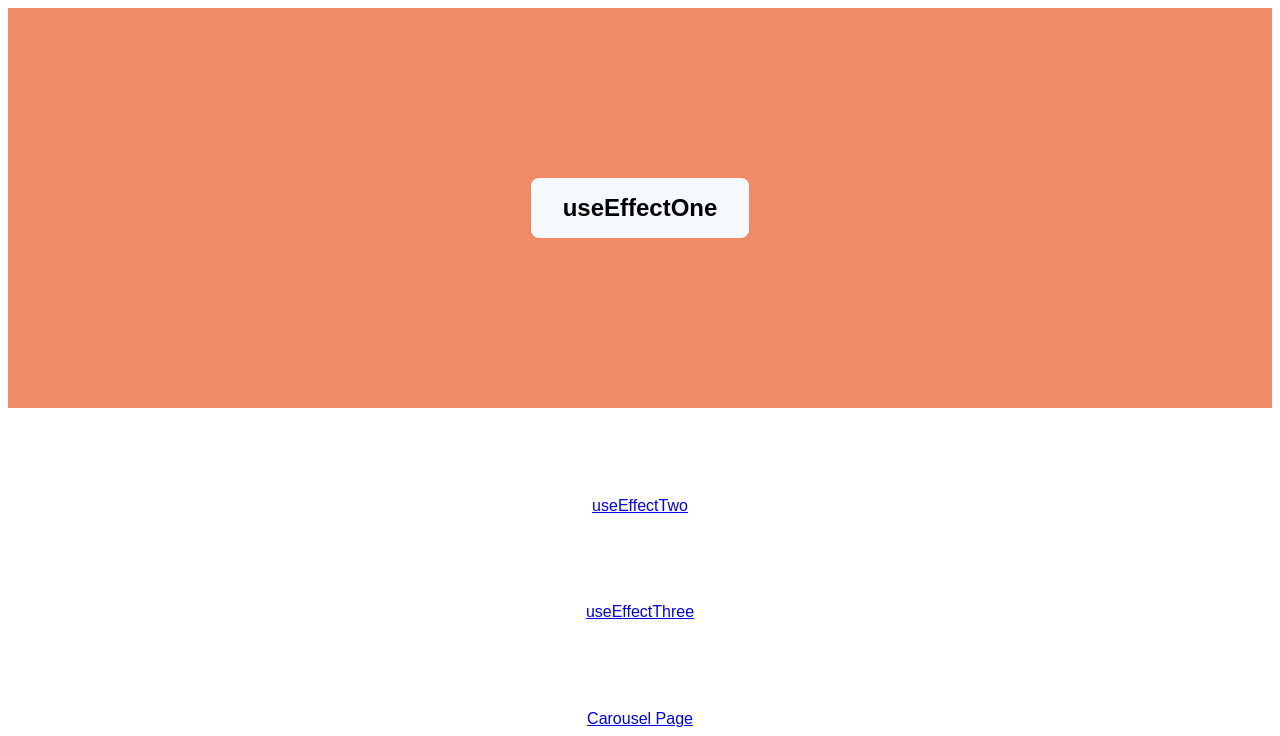
Repository: giovanabirck/class8
Page: /
These files come from the project's save history. The page is drawn as it stood at one moment and after a run of saves; the edit follows.
The browser window is 1280 px wide. The pictures show the whole page.
The project was rebuilt for these pictures with package versions that can differ from the ones it lists, and the page was loaded fresh each time. The framework's server and built-in components were replaced by stand-ins that run in the browser. Also part of the build but not shown: next.config.js.

Above is the page before, as saved 2023-02-23 17:52:46.

### pages/index.js
import Head from 'next/head'
import styles from '@/styles/Home.module.css'
import Link from 'next/link'


export default function Home() {
  return (
    <>
      <Head>
        <title>Create Next App</title>
        <meta name="description" content="Generated by create next app" />
        <meta name="viewport" content="width=device-width, initial-scale=1" />
        <link rel="icon" href="/favicon.ico" />
      </Head>
      <main className={styles.main}>
        <div className={styles.effect_one}>
          <Link href="/useEffectOne">
            <button className={styles.btn}>useEffectOne</button>
          </Link>
        </div>
        <div className={styles.effect_two}>
          <Link href="/useEffectTwo">useEffectTwo</Link>
        </div>
        <div className={styles.effect_three}>
          <Link href="/useEffectThree">useEffectThree</Link>
        </div>
        <div className={styles.carousel}>
          <Link href="/carouselPage">Carousel Page</Link>
        </div>
      </main>
    </>
  )
}

### styles/globals.css
:root {
  --blue: #95CDF9;
  --green: #C3E0CF;
  --orange: #EF8B66;
  --white: #f4f9fd;
  --black: #222222;
  }

### styles/Home.module.css
.main {
  display: flex;
  flex-direction: column;
  justify-content: space-between;
  align-items: center;
  padding: 0rem;
  min-height: 100vh;
  font-family: Arial, Helvetica, sans-serif;
  color: var(--black);

}

.effect_one {
  background-color: var(--orange);
  width: 100%;
  height: 25rem;
  margin: 0rem;
  display: flex;
  justify-content: center;
  align-items: center;
}

.btn {
  font-weight: 900;
  font-size: 1.5rem;
  padding: 1rem 2rem;
  border-radius: 0.5rem;
  border-style: none;
  background-color: var(--white);
}

Loaded but not shown: pages/_app.js (common file); pages/_document.js (common file)

After the next 2 saves:
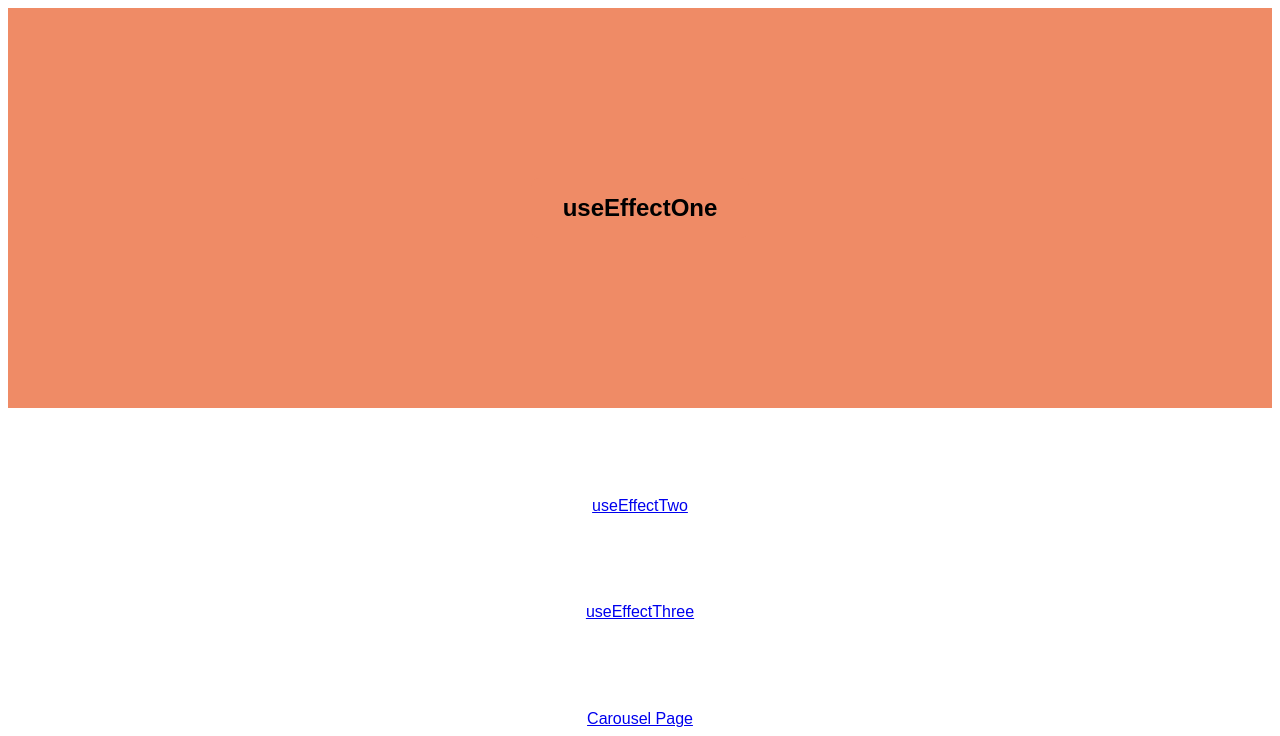
The 2 saves are shown as one change because they came seconds apart.
The last was saved 18 s later.
--- a/styles/Home.module.css
+++ b/styles/Home.module.css
@@ -26,5 +26,5 @@
   padding: 1rem 2rem;
   border-radius: 0.5rem;
   border-style: none;
-  background-color: var(--white);
+  background-color: var(--orange);
 }
